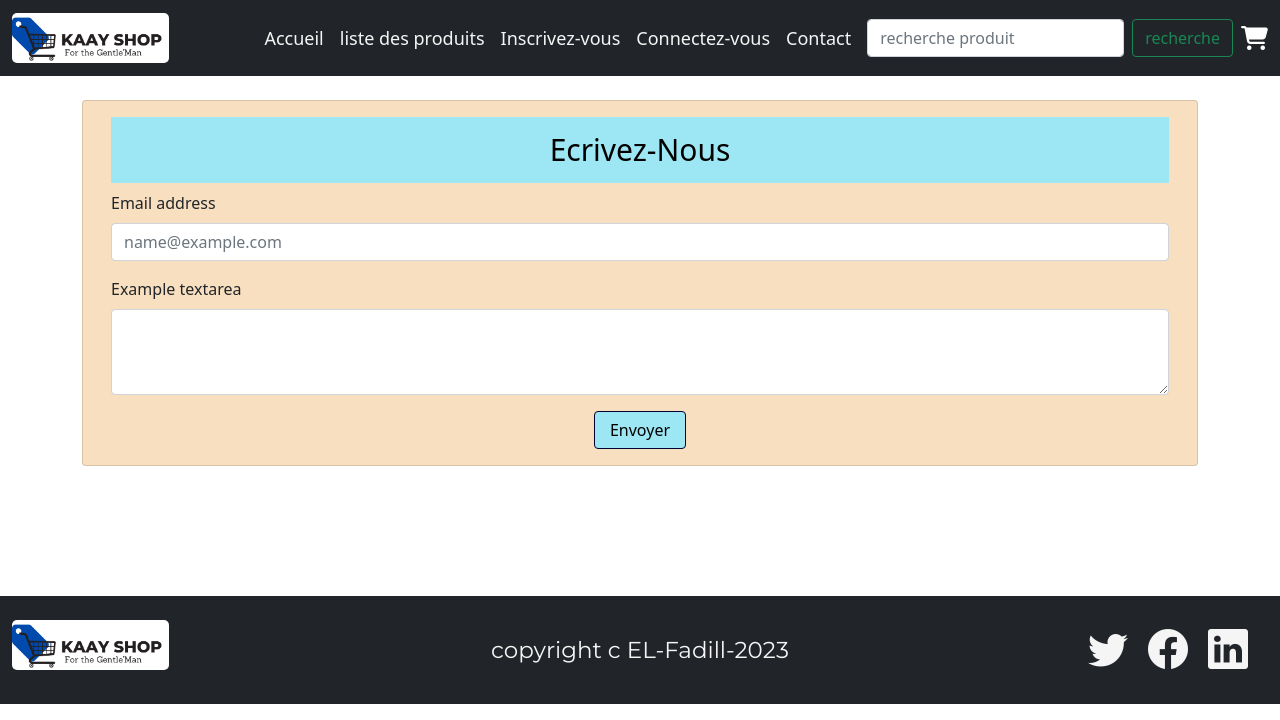
Repository: wadelfadill/Mini_projet_bootstrap_Site_vente_online
Page: contact.html
The author's editor kept a copy of each file at every save. The page is drawn from the files as they stood at one save, then again after the next save.
The browser window is 1280 px wide. The pictures show the whole page.
Some web libraries are served in a nearby version.

Above is the page before, as saved 2023-05-19 10:52:49.

After the next save:
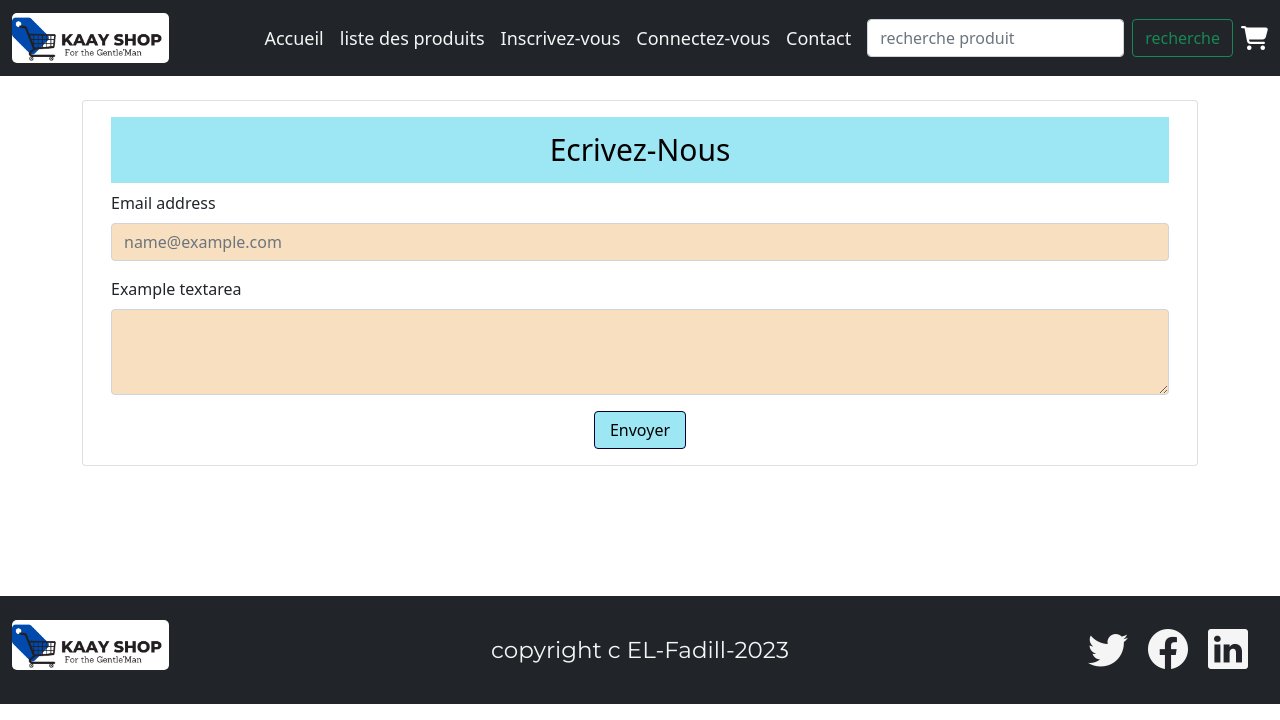
Saved 35 s later.
--- a/assets/css/contact_style.css
+++ b/assets/css/contact_style.css
@@ -17,6 +17,6 @@ main{
     padding-left: 15px !important;
     padding-right: 15px !important;
 }
-.card{
+.card input, .card textarea{
     background: rgba(243, 205, 156, 0.644);
 }
